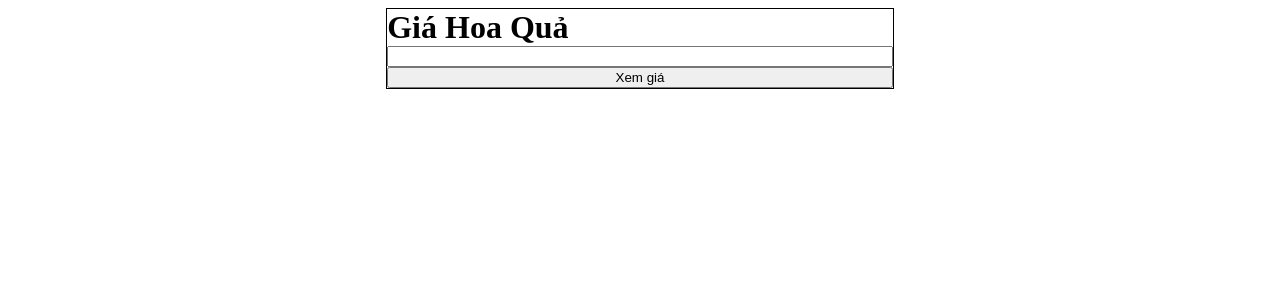
Repository: tungts3qb/BTCodeGym
Page: giahoaqua.html
These files come from the project's save history. The page is drawn as it stood at one moment and after the next save; the edit follows.
The browser window is 1280 px wide. The pictures show the whole page.

Above is the page before, as saved 2023-01-04 11:01:21.

After the next save:
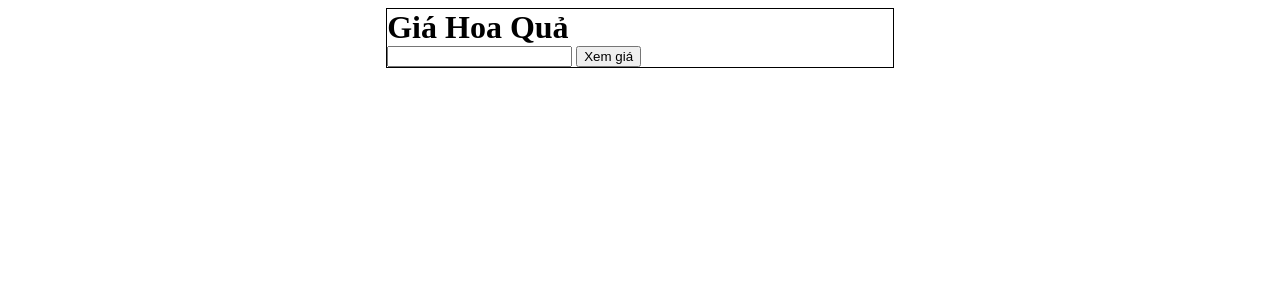
Saved 10 s later.
--- a/giahoaqua.html
+++ b/giahoaqua.html
@@ -22,8 +22,10 @@
     </style>
     <div class="check-fruit-form">
       <h1>Giá Hoa Quả</h1>
-      <input type="text" name="" id="price" />
-      <button class="check-price">Xem giá</button>
+      <div>
+        <input type="text" name="" id="price" />
+        <button class="check-price">Xem giá</button>
+      </div>
     </div>
   </body>
 </html>
